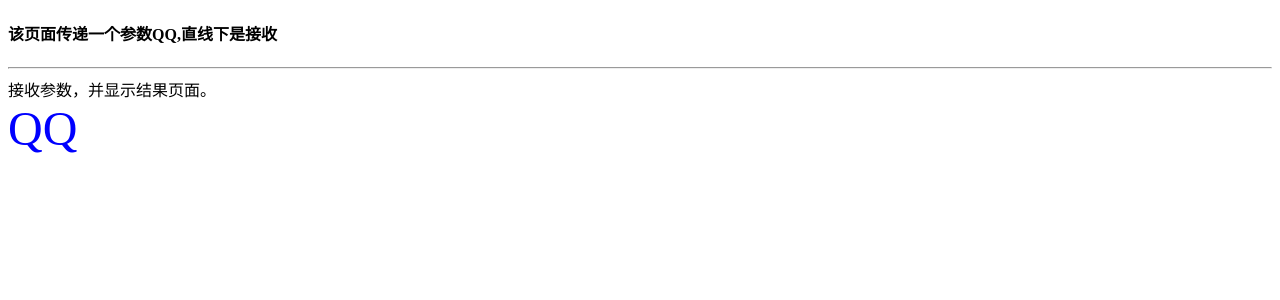
Repository: jhonprice/datecode
Page: http://localhost/jsp_study/3_5_1.jsp
These files come from the project's save history. The page is drawn as it stood at one moment and after the next save; the edit follows.
The browser window is 1280 px wide. The pictures show the whole page.
The page is served by Tomcat 9.

Above is the page before, as saved 2015-11-01 12:00:48.

After the next save:
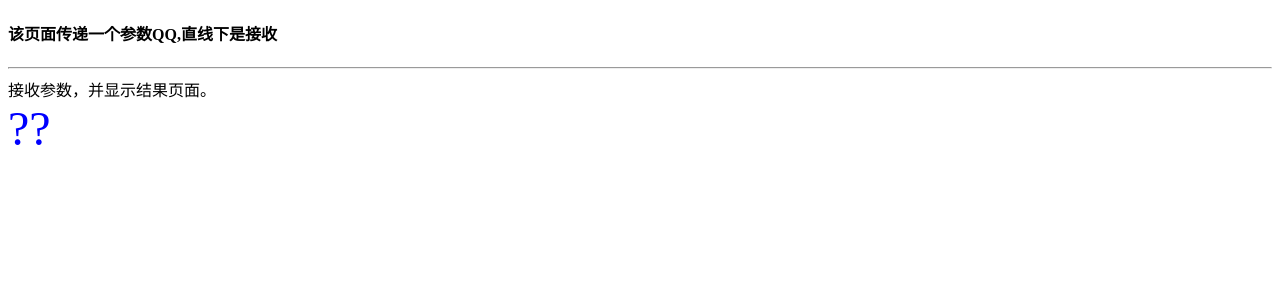
Saved 78 s later.
--- a/java空间/jsp_study/WebContent/3_5_1.jsp
+++ b/java空间/jsp_study/WebContent/3_5_1.jsp
@@ -10,7 +10,7 @@
 	<h4>该页面传递一个参数QQ,直线下是接收</h4>
 	<hr>
 	<jsp:include page="3_5_2.jsp">
-		<jsp:param name="Name" value="QQ"/>
+		<jsp:param name="Name" value="中国"/>
 	</jsp:include>
 
 </body>
